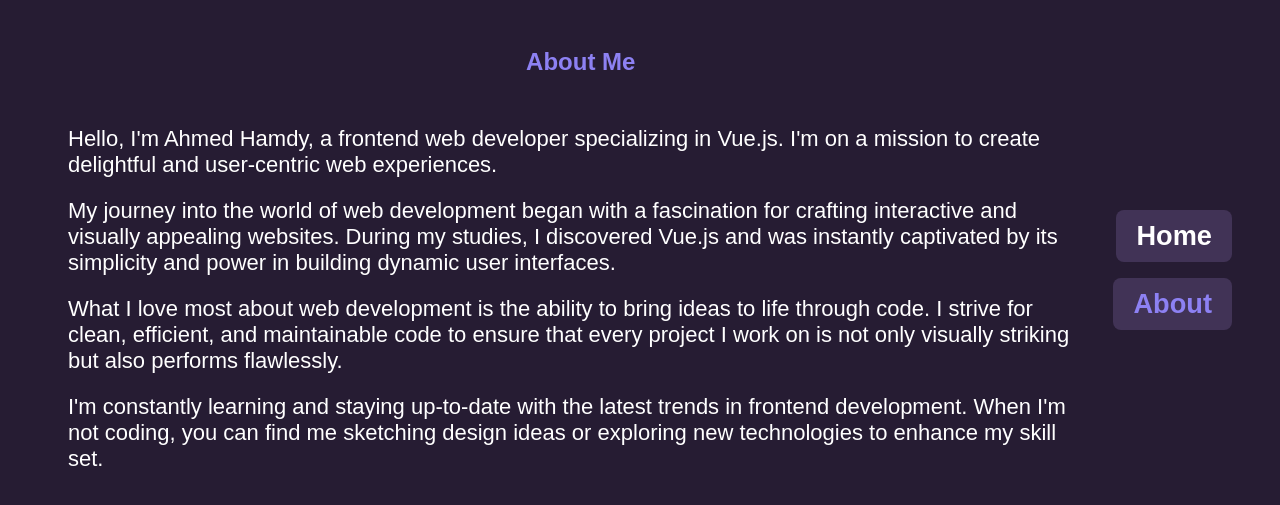
Repository: ahamdy997/portfolio
Page: /about
An editor plug-in stored every save of this project. The page is shown before and after the next save, followed by the edit.
The browser window is 1280 px wide. The pictures show the whole page.
The project was rebuilt for these pictures with package versions that can differ from the ones it lists, and the page was loaded fresh each time. Also part of the build but not shown: vue.config.js, src/components/HelloWorld.vue, src/views/HomeView.vue.

Above is the page before, as saved 2023-11-05 22:44:35.

### src/App.vue
<template>
  <div class="flex">
    <router-view />
    <header>
      <nav>
        <router-link to="/">Home</router-link>
        <router-link to="/about">About</router-link>
      </nav>
    </header>
  </div>
</template>

<style>
* {
  box-sizing: border-box;
  padding: 0;
  margin: 0;
}

.flex {
  display: flex;
  align-items: center;
  justify-content: space-between;
  padding: 3rem;
  overflow: hidden;
}
header {
  font-size: 1.7rem;
}

nav {
  text-align: center;
  display: flex;
  flex-direction: column;
  gap: 1rem;
}
body {
  font-family: sans-serif;
  background: #261c33;
  display: flex;
  align-items: center;
  justify-content: center;
  color: #fff;
  width: 100vw;
  text-align: center;
}
nav a {
  font-weight: bold;
  color: #fff;
  text-decoration: none;
  border-radius: 8px;
  background-color: #56447092;
  padding: 10px 20px;
  align-self: flex-end;
}
a:hover {
  color: rgba(137, 147, 200, 0.7);
}

nav a.router-link-exact-active {
  color: #8d81f3;
}
</style>

### src/views/AboutView.vue
<template>
  <div class="about">
    <h2>About Me</h2>
    <p>
      Hello, I'm Ahmed Hamdy, a frontend web developer specializing in Vue.js.
      I'm on a mission to create delightful and user-centric web experiences.
    </p>
    <p>
      My journey into the world of web development began with a fascination for
      crafting interactive and visually appealing websites. During my studies, I
      discovered Vue.js and was instantly captivated by its simplicity and power
      in building dynamic user interfaces.
    </p>
    <p>
      What I love most about web development is the ability to bring ideas to
      life through code. I strive for clean, efficient, and maintainable code to
      ensure that every project I work on is not only visually striking but also
      performs flawlessly.
    </p>
    <p>
      I'm constantly learning and staying up-to-date with the latest trends in
      frontend development. When I'm not coding, you can find me sketching
      design ideas or exploring new technologies to enhance my skill set.
    </p>
  </div>
</template>
<style scoped>
p {
  margin: 20px;
}
.about h2 {
  text-align: center;
  margin-bottom: 50px;
  font-size: 1.5rem;
  color: #8d81f3;
}
.about {
  text-align: start;
  font-size: 22px;
}
</style>

Loaded but not shown: public/index.html (common file); src/main.js (common file); src/router/index.js (common file)

After the next save:
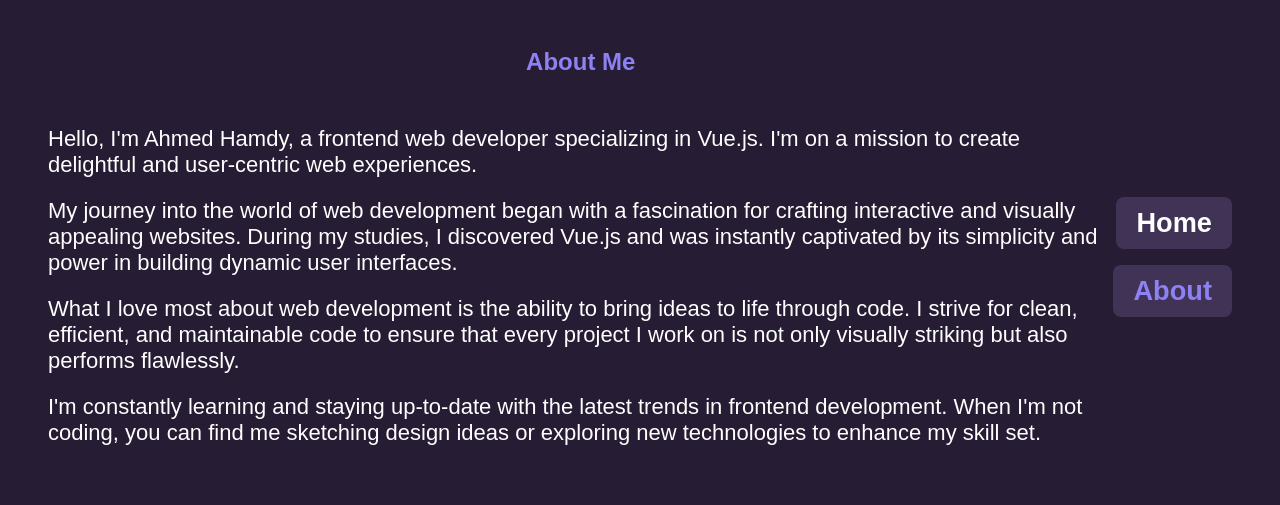
Saved 21 s later.
--- a/src/views/AboutView.vue
+++ b/src/views/AboutView.vue
@@ -26,7 +26,7 @@
 </template>
 <style scoped>
 p {
-  margin: 20px;
+  margin-bottom: 20px;
 }
 .about h2 {
   text-align: center;
